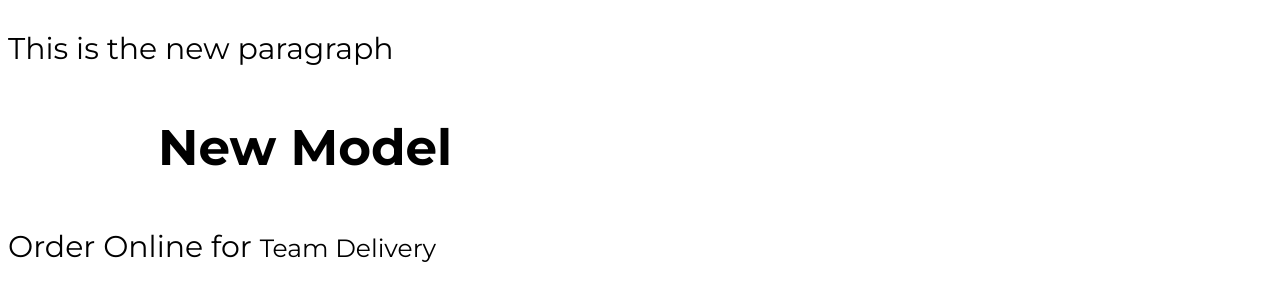
Repository: RagulRanjeeth/Frontend
Page: Correct.html
These files come from the project's save history. The page is drawn as it stood at one moment and after the next save; the edit follows.
The browser window is 1280 px wide. The pictures show the whole page.

Above is the page before, as saved 2026-01-22 13:30:14.

### Correct.html
<!DOCTYPE html>
<html>
    <head>
        <title>This is the first webpage</title>
        <link rel="stylesheet" href="First.css">
        <link rel="preconnect" href="https://fonts.googleapis.com">
        <link rel="preconnect" href="https://fonts.gstatic.com" crossorigin>
        <link href="https://fonts.googleapis.com/css2?family=Montserrat:ital,wght@0,100..900;1,100..900&family=Roboto:ital,wght@0,100..900;1,100..900&display=swap" rel="stylesheet">
    </head>
    <body>
        <p>This is the new paragraph</p>

        <p class="NewMode">New Model</p>

        <p>Order Online for <span class="SpecialDec">Team Delivery</span></p>
    </body>
</html>

### First.css
p{
    font-family:Montserrat;
    font-size: 30px;
    font-style: normal;
}


.NewMode{
     font-family:Montserrat;
    font-size: 50px;
    font-weight: bold;
    margin-left:150px;
}

.SpecialDec{
    font-family: Montserrat;
    font-size: 25px;
    cursor:pointer;
}

.SpecialDec:hover{
    text-decoration:underline;
}

After the next save:
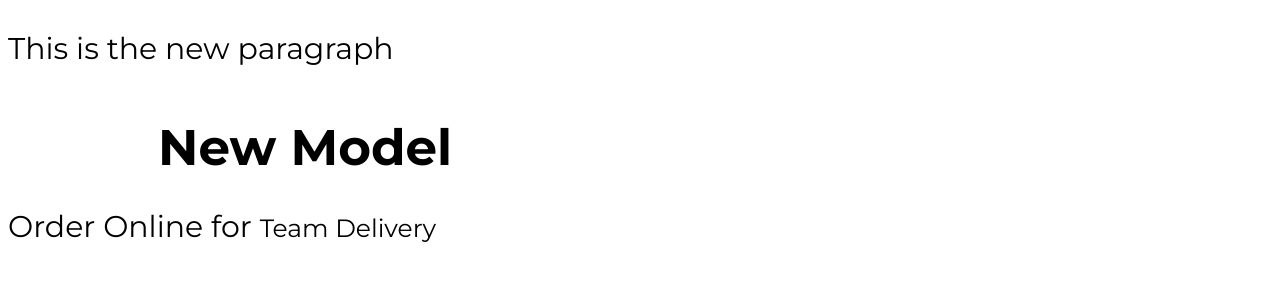
Saved 35 s later.
--- a/First.css
+++ b/First.css
@@ -10,9 +10,11 @@ p{
     font-size: 50px;
     font-weight: bold;
     margin-left:150px;
+    margin-bottom:0px;
 }
 
 .SpecialDec{
+    margin-top:0px;
     font-family: Montserrat;
     font-size: 25px;
     cursor:pointer;
